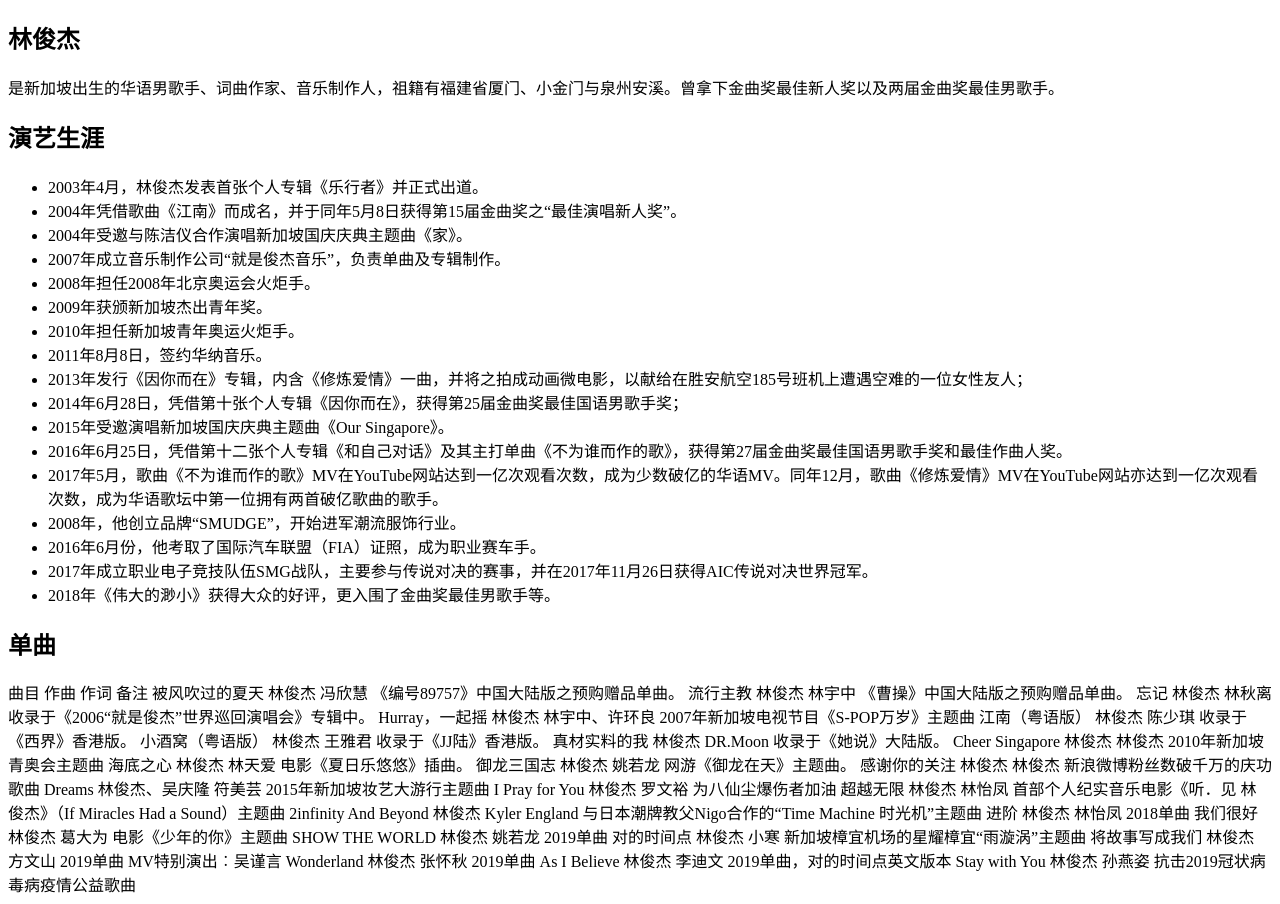
Repository: chenguocan/html_work
Page: html_work.html
An editor plug-in stored every save of this project. The page is shown before and after the next save, followed by the edit.
The browser window is 1280 px wide. The pictures show the whole page.

Above is the page before, as saved 2020-06-26 10:00:28.

After the next save:
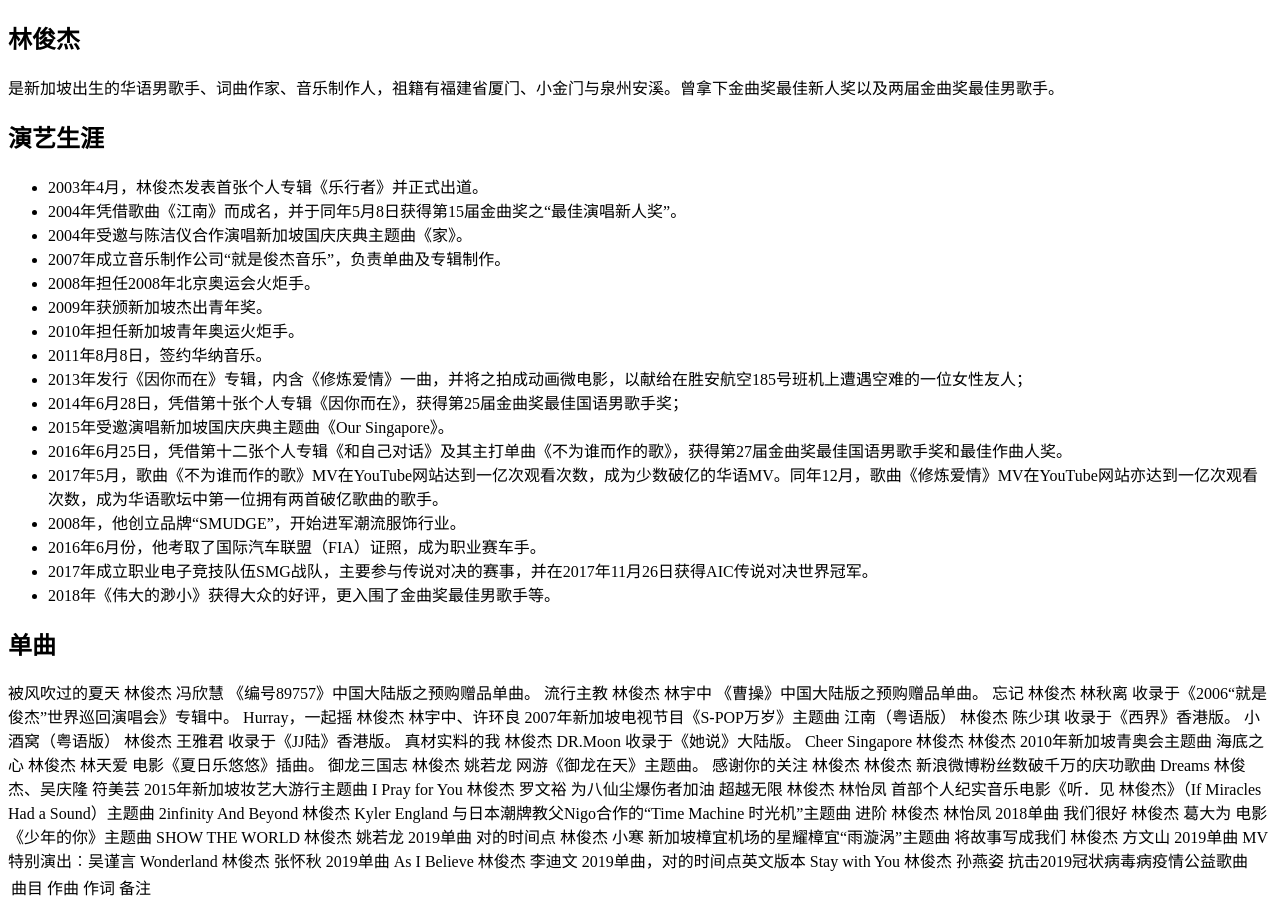
Saved 31 s later.
--- a/html_work.html
+++ b/html_work.html
@@ -50,13 +50,20 @@
       </ul>
       <h2>单曲</h2>
       <table>
-        曲目 作曲 作词 备注 被风吹过的夏天 林俊杰 冯欣慧
-        《编号89757》中国大陆版之预购赠品单曲。 流行主教 林俊杰 林宇中
-        《曹操》中国大陆版之预购赠品单曲。 忘记 林俊杰 林秋离
-        收录于《2006“就是俊杰”世界巡回演唱会》专辑中。 Hurray，一起摇 林俊杰
-        林宇中、许环良 2007年新加坡电视节目《S-POP万岁》主题曲 江南（粤语版）
-        林俊杰 陈少琪 收录于《西界》香港版。 小酒窝（粤语版） 林俊杰 王雅君
-        收录于《JJ陆》香港版。 真材实料的我 林俊杰 DR.Moon
+        <thead>
+          <tr>
+            <td>曲目</td>
+            <td>作曲</td>
+            <td>作词</td>
+            <td>备注</td>
+          </tr>
+        </thead>
+        被风吹过的夏天 林俊杰 冯欣慧 《编号89757》中国大陆版之预购赠品单曲。
+        流行主教 林俊杰 林宇中 《曹操》中国大陆版之预购赠品单曲。 忘记 林俊杰
+        林秋离 收录于《2006“就是俊杰”世界巡回演唱会》专辑中。 Hurray，一起摇
+        林俊杰 林宇中、许环良 2007年新加坡电视节目《S-POP万岁》主题曲
+        江南（粤语版） 林俊杰 陈少琪 收录于《西界》香港版。 小酒窝（粤语版）
+        林俊杰 王雅君 收录于《JJ陆》香港版。 真材实料的我 林俊杰 DR.Moon
         收录于《她说》大陆版。 Cheer Singapore 林俊杰 林俊杰
         2010年新加坡青奥会主题曲 海底之心 林俊杰 林天爱 电影《夏日乐悠悠》插曲。
         御龙三国志 林俊杰 姚若龙 网游《御龙在天》主题曲。 感谢你的关注 林俊杰
